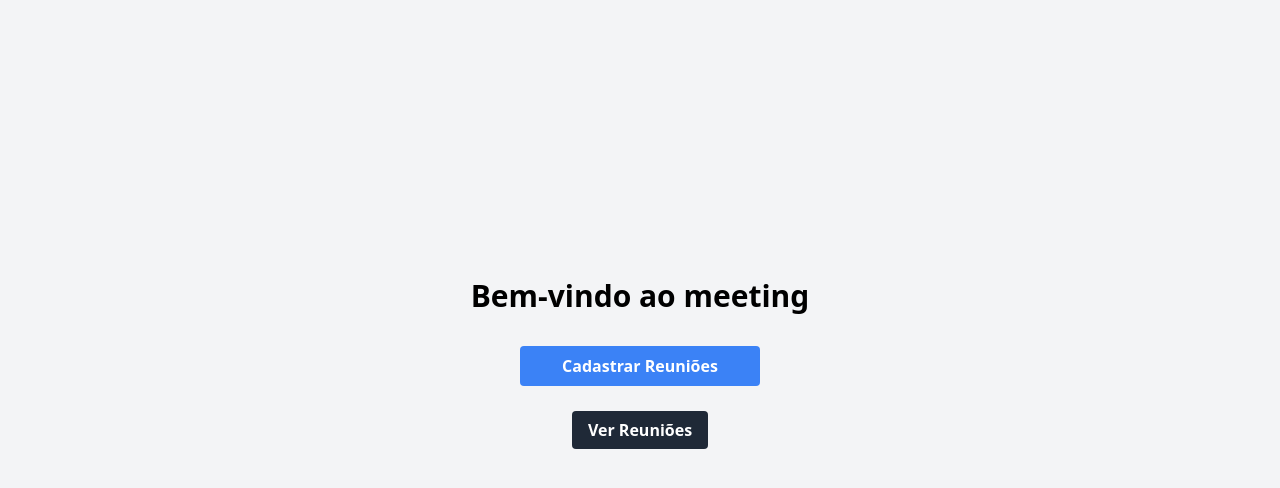
Repository: TamiBeira/meeting
Page: /
An editor plug-in stored every save of this project. The page is shown before and after the next save, followed by the edit.
The browser window is 1280 px wide. The pictures show the whole page.
The project was rebuilt for these pictures with package versions that can differ from the ones it lists, and the page was loaded fresh each time. Also part of the build but not shown: vite.config.ts, src/contexts/FormContext.tsx, src/contexts/MeetingsContext.tsx, src/components/Form.tsx, src/components/MeetingsView.tsx.

Above is the page before, as saved 2024-02-27 00:02:03.

After the next save:
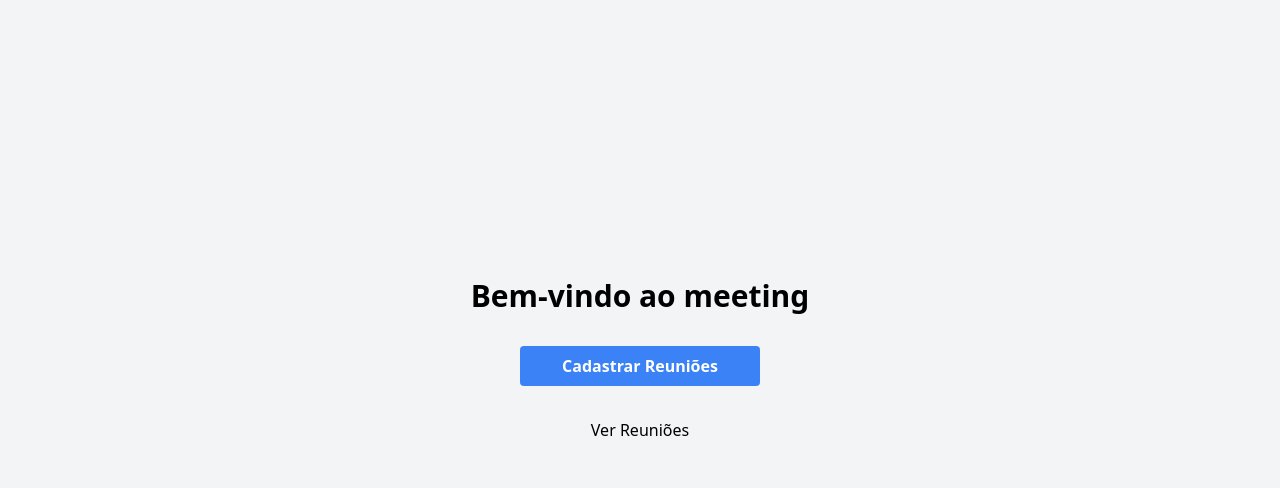
Saved 58 s later.
--- a/src/components/HomePage.tsx
+++ b/src/components/HomePage.tsx
@@ -15,7 +15,7 @@ export const HomePage = () => {
       <div className="mt-8">
         <Link
           to="/meetings"
-          className="w-60 text-center bg-gray-800 text-white font-bold py-2 px-4 rounded focus:outline-none focus:shadow-outline"
+          className="w-60 text-center "
         >
           Ver Reuniões
         </Link>
